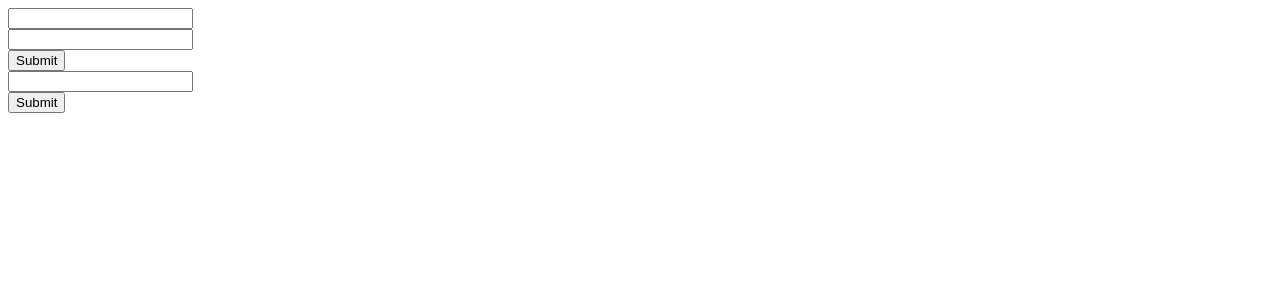
Repository: yuvan11/SBootExamples
Page: http://localhost/SpringBootJPA/home.jsp
An editor plug-in stored every save of this project. The page is shown before and after the next save, followed by the edit.
The browser window is 1280 px wide. The pictures show the whole page.
The page is served by Tomcat 9.

Above is the page before, as saved 2020-08-04 13:07:55.

After the next save:
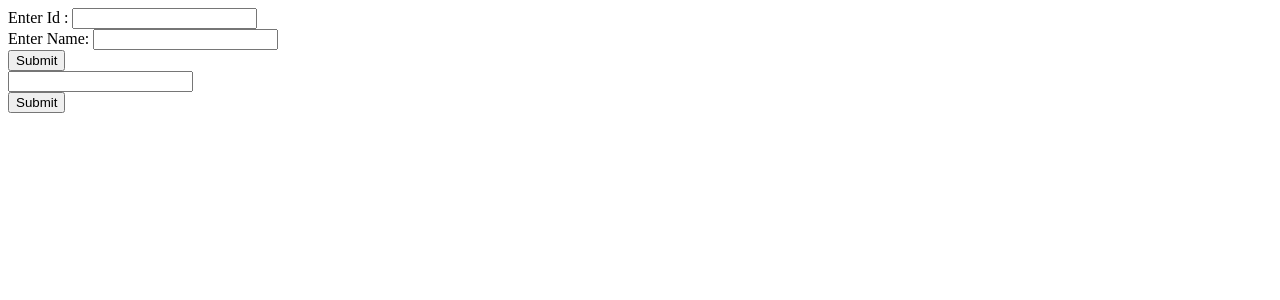
Saved 2 min 13 s later.
--- a/SpringBootJPA/src/main/webapp/home.jsp
+++ b/SpringBootJPA/src/main/webapp/home.jsp
@@ -9,8 +9,8 @@
 <body>
 
 <form action="addAlien">
-<input type="text" name="aid"><br>
-<input type="text" name="aname"><br>
+Enter Id :  <input type="text" name="aid"><br>
+Enter Name: <input type="text" name="aname"><br>
 <input type="submit"><br>
 </form>
 
